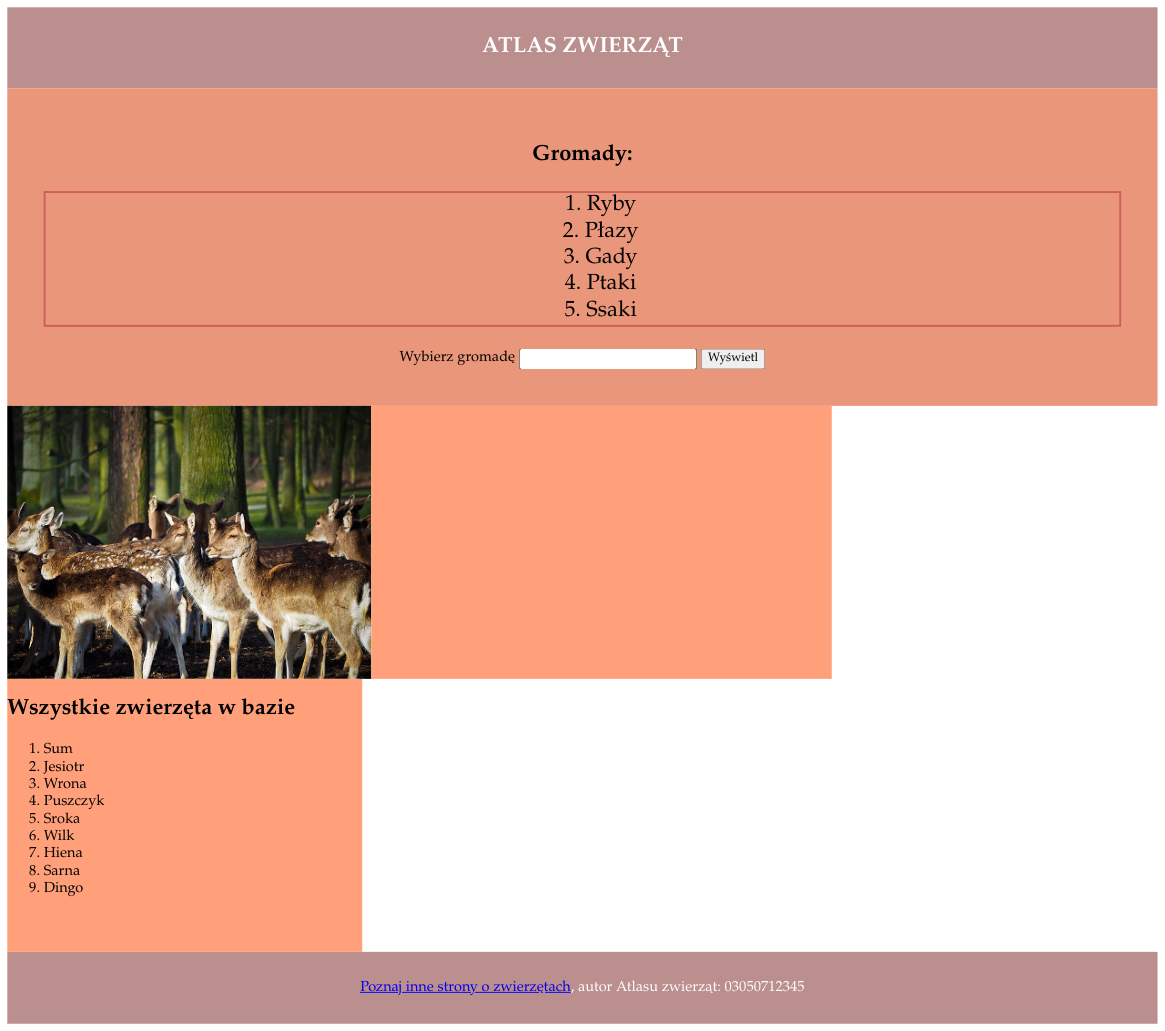
Repository: Lenerystia/HTML
Page: Zad.egz_3/index.html
An editor plug-in stored every save of this project. The page is shown before and after the next save, followed by the edit.
The browser window is 1280 px wide. The pictures show the whole page, at 91% of full size.

Above is the page before, as saved 2021-12-22 14:11:36.

### Zad.egz_3/index.html
<!DOCTYPE html>
<head>
    <meta http-equiv="content-type" type="text/html" charset="UTF-8">
    <title>Dane o zwierzętach</title>
    <link rel="stylesheet" href="styl3.css">
</head>
<body>
    <section class="baner">
        <h1>ATLAS ZWIERZĄT</h1>
    </section>
    <section class="formularz">
        <h2>Gromady:</h2>
        <ol>
            <li>Ryby</li>
            <li>Płazy</li>
            <li>Gady</li>
            <li>Ptaki</li>
            <li>Ssaki</li>
        </ol>
        <form action="http://www.przykładowastrona.com" method="post">Wybierz gromadę
            <input type="number" name="Wybierz gromadę" id="gromada">
            <input type="submit" value="Wyświetl">
        </form>
    </section>
    <section class="glownyLewy">
        <img src="zwierzeta.jpg" alt="dzikie zwierzęta">
    </section>
    <section class="glownySrodkowy">

    </section>
    <section class="glownyPrawy">
        <h2>Wszystkie zwierzęta w bazie</h2>
        <ol>
            <li>Sum</li>
            <li>Jesiotr</li>
            <li>Wrona</li>
            <li>Puszczyk</li>
            <li>Sroka</li>
            <li>Wilk</li>
            <li>Hiena</li>
            <li>Sarna</li>
            <li>Dingo</li>
        </ol>
    </section>
    <section class="stopka">
        <a href="atlas-zwierzat.pl" target="_blank"> Poznaj inne strony o zwierzętach</a>, autor Atlasu zwierząt: 03050712345

    </section>
</body>
</html>

### Zad.egz_3/styl3.css
*{
    font-family: Garamond;
}
.baner{
    background-color: rosybrown;
    color: white;
    text-align: center;
    padding: 10px;
}
.formularz{
    background-color: darksalmon;
    text-align: center;
    list-style-position: inside;
    padding: 40px;
}
.glownyLewy, .glownyPrawy{
    background-color: lightsalmon;
}
.glownyLewy{
    float: left;
    height: 300px;
}
.glownySrodkowy{
    background-color: lightsalmon;
    height: 300px;
    width: 40%;
    float: left;
}
.glownyPrawy{
    float: left;
    height: 300px;
    width: 390px;
}
.stopka{
    background-color: rosybrown;
    color: white;
    text-align: center;
    padding: 30px;
    clear: both;
}
.formularz ol{
    border: 2px solid rgb(205, 92, 92);
    font-size: 150%;
}

After the next save:
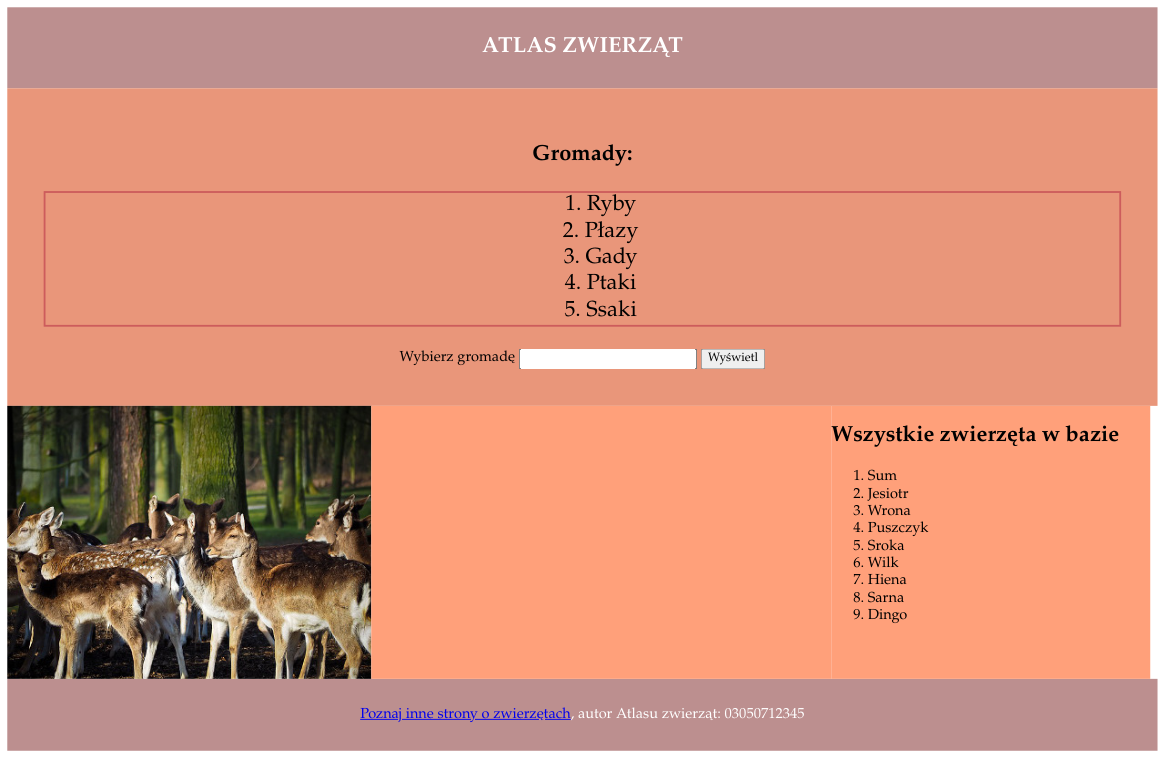
Saved 5 s later.
--- a/Zad.egz_3/styl3.css
+++ b/Zad.egz_3/styl3.css
@@ -29,7 +29,7 @@
 .glownyPrawy{
     float: left;
     height: 300px;
-    width: 390px;
+    width: 350px;
 }
 .stopka{
     background-color: rosybrown;

After the save that followed:
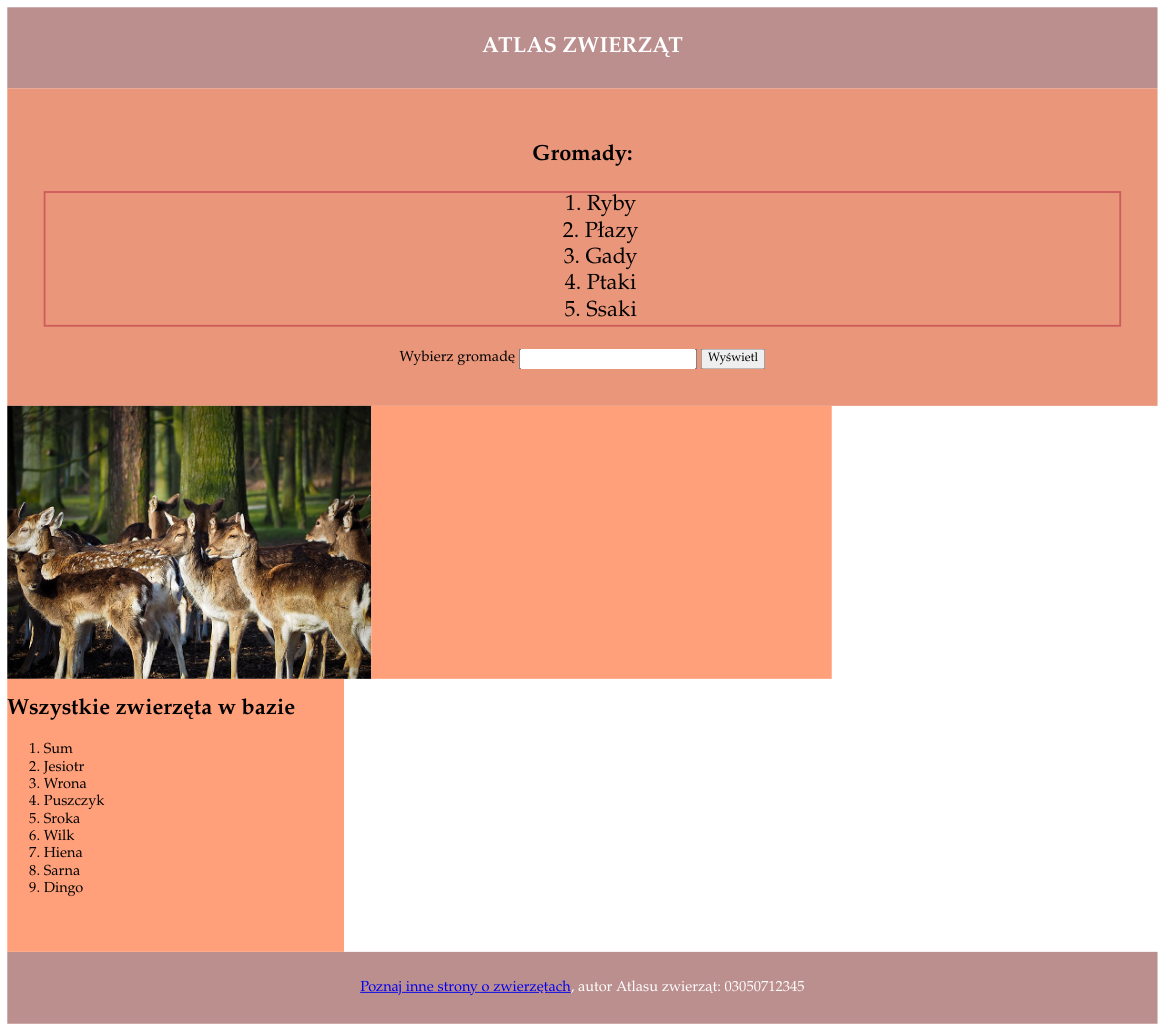
Saved 4 s later.
--- a/Zad.egz_3/styl3.css
+++ b/Zad.egz_3/styl3.css
@@ -29,7 +29,7 @@
 .glownyPrawy{
     float: left;
     height: 300px;
-    width: 350px;
+    width: 370px;
 }
 .stopka{
     background-color: rosybrown;
